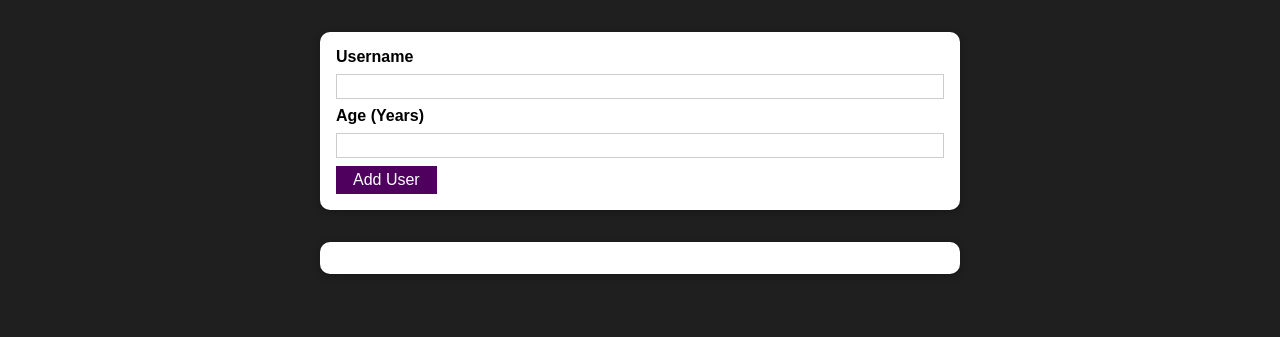
Repository: otvertka/MSC_4
Page: /
The author's editor kept a copy of each file at every save. The page is drawn from the files as they stood at one save, then again after a run of saves.
The browser window is 1280 px wide. The pictures show the whole page.
The project was rebuilt for these pictures with package versions that can differ from the ones it lists, and the page was loaded fresh each time.

Above is the page before, as saved 2023-07-06 20:06:15.

After the next 2 saves:
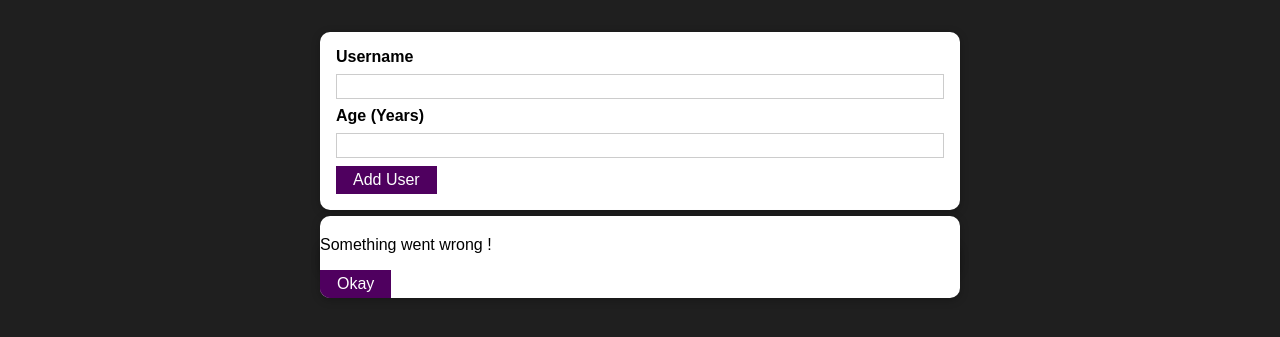
The 2 saves are shown as one change because 1 did not build or start.
The last was saved 5 min 0 s later.
--- a/src/components/AddUser/AddUser.js
+++ b/src/components/AddUser/AddUser.js
@@ -2,6 +2,7 @@ import React, { useState } from "react";
 import classes from "./AddUser.module.css";
 import Button from "../Button/Button";
 import Card from "../Card/Card.js";
+import ErrorModal from "../ErrorModal/ErrorModal";
 
 const AddUser = (props) => {
   const [enteredUserName, setEnteredUserName] = useState("");
@@ -34,26 +35,29 @@ const AddUser = (props) => {
   };
 
   return (
-    <Card cssClass={classes.input}>
-      <form onSubmit={addUserHandler}>
-        <label htmlFor="username">Username</label>
-        <input
-          id="username"
-          type="text"
-          value={enteredUserName}
-          onChange={usernameChangeHandler}
-        />
-        <label htmlFor="age">Age (Years)</label>
-        <input
-          id="age"
-          type="number"
-          value={enteredAge}
-          onChange={ageChangeHandler}
-        />
+    <>
+      <ErrorModal title="An error occured !" message="Something went wrong !" />
+      <Card cssClass={classes.input}>
+        <form onSubmit={addUserHandler}>
+          <label htmlFor="username">Username</label>
+          <input
+            id="username"
+            type="text"
+            value={enteredUserName}
+            onChange={usernameChangeHandler}
+          />
+          <label htmlFor="age">Age (Years)</label>
+          <input
+            id="age"
+            type="number"
+            value={enteredAge}
+            onChange={ageChangeHandler}
+          />
 
-        <Button type="submit">Add User</Button>
-      </form>
-    </Card>
+          <Button type="submit">Add User</Button>
+        </form>
+      </Card>
+    </>
   );
 };
 
